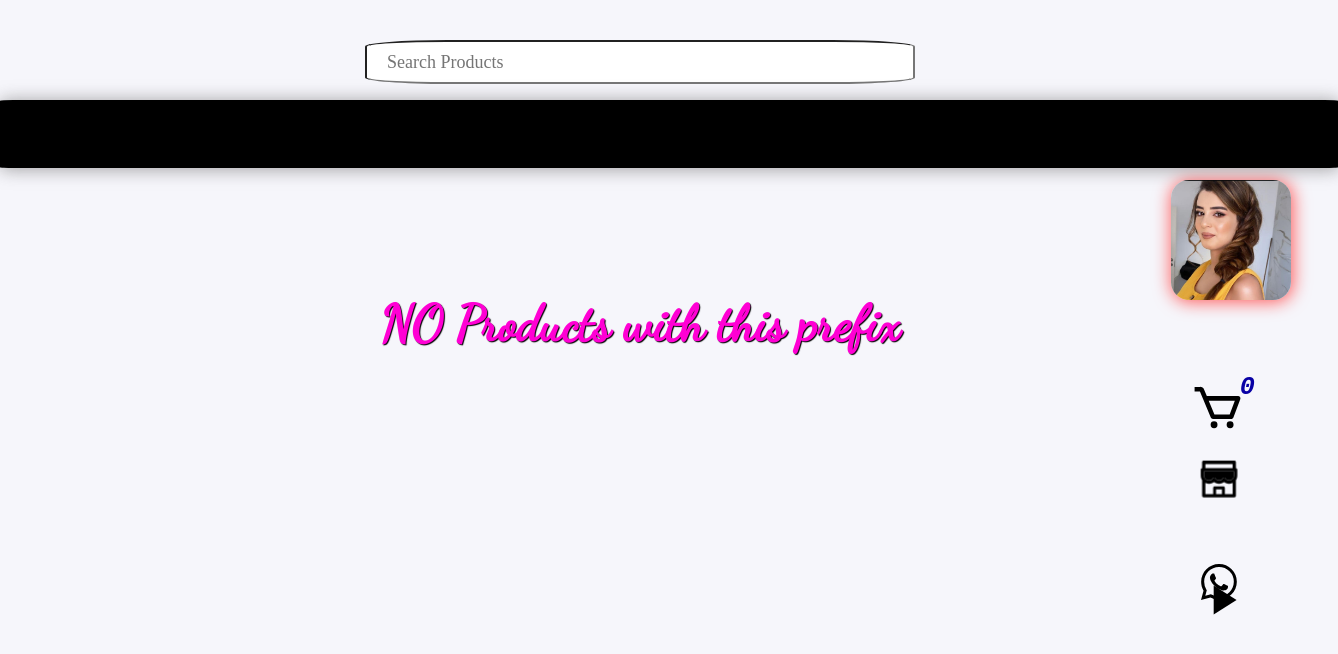
Repository: rehamAbass/BeautyCareShop
Page: /
These files come from the project's save history. The page is drawn as it stood at one moment and after the next save; the edit follows.
The browser window is 1280 px wide. The page is 1338 px wide, so the pictures cover 1338 px, including what lies to the right of the window. The pictures show the whole page.
The page's requests for data from a server got no answer. Some web fonts or font styles are not loaded; a fallback is used. The project was rebuilt for these pictures with package versions that can differ from the ones it lists, and the page was loaded fresh each time. No one was signed in, and anything a server would have sent is missing. Also part of the build but not shown: src/components/allProducts/prod/card.css, src/components/allProducts/prod/card.component.jsx, src/components/myCart/myCart.css, src/components/myCart/cartProduct/cartProduct.css, src/components/myCart/cartProduct/cartProduct.jsx, src/components/myCart/myCart.jsx. Imported but missing from the stored project, and not drawn on this page: src/components/header/music/ed.mp3.

Above is the page before, as saved 2022-06-08 13:25:55.

### public/index.html
<!DOCTYPE html>
<html lang="en">
  </style>
  <head>
    <meta charset="utf-8" />
    <link rel="icon" href="" />
    <meta name="viewport" content="width=device-width, initial-scale=1" />
    <meta name="theme-color" content="#000000" />
    <meta
      name="description"
      content="Web site created using create-react-app"
    />
    <link rel="apple-touch-icon" href="" />
    <link rel="manifest" href="%PUBLIC_URL%/manifest.json" />
    <link rel="preconnect" href="https://fonts.googleapis.com">
    <link rel="preconnect" href="https://fonts.gstatic.com" crossorigin>
    <link href="https://fonts.googleapis.com/css2?family=Bigelow+Rules&display=swap" rel="stylesheet">
    <link rel="preconnect" href="https://fonts.googleapis.com">
    <link rel="preconnect" href="https://fonts.gstatic.com" crossorigin>
    <link href="https://fonts.googleapis.com/css2?family=Bigelow+Rules&family=Dancing+Script&display=swap"
      rel="stylesheet">
    <title color:'purble'>BeautyShop💄</title>
  </head>
  <body>

    <div id="root"></div>
  </body>
</html>

<!--
  <video id="video1" loop="" muted="" src="https://prod-streaming-video-msn-com.akamaized.net/aa5cb260-7dae-44d3-acad-3c7053983ffe/1b790558-39a2-4d2a-bcd7-61f075e87fdd.mp4"></video>

 -->

### src/App.js

// import React from 'react'
import CardList from './components/allProducts/card-list.component';
import SearchBox from './components/search-box/search-box.component';
import './App.css'
import axios from "axios";
import React, { Component } from "react";
import Header from './components/header/header.component.jsx'
import { useState, useEffect } from 'react';
import Cart from './components/myCart/myCart.jsx'

const App = () => {
  const [products, setProducts] = useState([]);
  const [cartProducts, setCartProducts] = useState([]);
  const [filteredProducts, setFilteredProducts] = useState(products);
  const [searchString, setSearchString] = useState('');
  const [showCart, setShowCart] = useState(false);
    const [cartCounter, setCartCounter] = useState(0);
      const [Sum, setSum] = useState(0);
      const [imgs, setImgs] = useState([])

  //==========================================================================
  const   getDataFromDB= async ()=> {
    const response = await axios.get("http://localhost:8000/products/");
    setCartProducts(response);
  }
  //===========================================================
  const deleteProd = async (id) => {
    let response = await axios.delete(
      `http://localhost:8000/product/${id}`
    );
  }
  //=============================================================
  const saveProd = async (p) => {
    const response = await axios.post(
      "http://localhost:8000/product",p
    );
  }

   const  updateProd = async (p) => {
    const response = await axios.put(
      "http://localhost:8000/product",p
    );
  }
  //============================================================================
  useEffect(() => {
    fetch('http://makeup-api.herokuapp.com/api/v1/products.json?brand=maybelline')
      .then((res) => res.json())
      .then((users) => {
          users = users.map(user => (
         {id:user.id,
         name:user.name,
         brand:user.brand,
         price:user.price,
        image_link:user.image_link,
         product_link:user.product_link,
         description:user.description,
        rating:user.rating,
         product_type:user.product_type,
          product_api_url:user.product_api_url,
          product_colors:user.product_colors,
        amount:0
         }))


         getDataFromDB();
        setFilteredProducts(users);
        setProducts(users);
        setImgs(users.map((u)=>(u.image_link)));
      })
  }, []); // it runs only one time - no need to call it in each render because [] is empty !!
  //=========================================================================================
  useEffect(() => {
    let filteredgroup = products.filter((p) => p.name.toLowerCase().includes(searchString));
    setFilteredProducts(filteredgroup);
  }, [products, searchString])

  //========================================================================================
  const onSearchChanged = (event) => {
    let input = event.target.value.toLowerCase();
    setSearchString(input);
  }
  //=========================================================================================
  const addProduct=(product)=>{
        let updatePro = cartProducts.filter(p=> p.id === product.id);
     if(updatePro.length>0){
       // it means that YES the product exists before in Cart! just increase the amount of it:
       updatePro = updatePro[0];
       updatePro.amount +=1;
        let newarray = cartProducts.map(p=>( p.id === product.id ? updatePro:p )) ;
        setCartProducts(newarray);
     }else{
        let newProductToAdd = {...product, amount:1};
         setCartProducts([...cartProducts,newProductToAdd ]);
         saveProd(product);
         updateProd();
     }

      }
  //=================================================================================
  //    ,
  const deleteProduct = (product) => {
    let newArr = cartProducts.filter(p => p.id !== product.id);
    setCartProducts(newArr);
    deleteProd(product.id);
  }
 //===================================================================================
   const decreaseProduct=(product)=>{

     if(product.amount >1){
       let update = product;
       update.amount -=1;
        let newarray = cartProducts.map(p=>(p.id === product.id ? update:p )) ;
     setCartProducts(newarray);
     }else{ // amount was  === 1
        let newArr = cartProducts.filter(p=> p.id !== product.id);
         setCartProducts(newArr);
     }
      }
 //===================================================================================
useEffect(()=>{
  console.log("useEffect, cartProduct changes, so counter changes");
  let all =0;
  let summ=0;
  for(let p of cartProducts){
     all = all+p.amount;
    summ = summ+ (p.amount * p.price);
}
    setSum(summ);
    setCartCounter(all);
},[cartProducts]);

//====================================================================================
  useEffect(()=>{
    console.log("open Cart = ",showCart);
  },[showCart])
 //=========================================================================================
const HandleCart =(val)=>{
  setShowCart(val);
}
 const handleSumCount = ()=>{
  setSum(0);
  setCartProducts([]);
  setCartCounter(0);

 }
 //=========================================================================================
  return (
    <div className="App">
      <header className="App-header">
        <Header counter ={cartCounter}
        imgs={imgs}
        handleCart = {HandleCart}/>
        {showCart === false &&
          <div>
           <SearchBox
          className='search-box2'
          searchHandler={onSearchChanged}
          group={filteredProducts}
        />
            <CardList
              group={filteredProducts}
               addProduct={addProduct} />
        </div>

        }
          {(showCart === true) &&
            <Cart sum ={Sum} group={cartProducts}
           addProduct={addProduct}
            deleteProduct={deleteProduct}
            decreaseProduct={decreaseProduct}
              handleSumCount={handleSumCount}
            />
          }
      </header>
    </div>
  )
}

export default App;

### src/components/allProducts/card-list.component.jsx

import './card-list.css'
import Card from './prod/card.component'
import React from 'react'

const CardList = ({ group ,addProduct}) => {
    return (
        <div className='card-list'>
            {group.map((p,i) =>
                (
                    <Card
                    key={i}
                    product={p}
                     addProduct={addProduct}/>
                )
            )
            }
        </div >

    )
}

export default CardList;

### src/components/search-box/search-box.component.jsx

import React from 'react'
import './search-box.css'


const SearchBox = ({ className, placeholder, searchHandler, group }) => {

    return (
        <div className='search-box'>
            <input
                className={className}
                type='search'
                placeholder='Search Products'
                onChange={searchHandler}
                style={{
                     fontStyle:'unset', fontStretch: 'extra-expanded'
                , fontSize:'large', borderRadius:'15%'}}
            />
            {group.length === 0 ?
                <div className='alert2'> NO Products with this prefix </div> : ''}
        </div>
    )
}


export default SearchBox;

### src/App.css
body {
  margin: 0;
  padding: 0;
  font-family: -apple-system, BlinkMacSystemFont, 'Segoe UI', 'Roboto', 'Oxygen',
    'Ubuntu', 'Cantarell', 'Fira Sans', 'Droid Sans', 'Helvetica Neue',
    sans-serif;
    background-color:rgba(192, 190, 228, 0.135);
  -webkit-font-smoothing: antialiased;
  -moz-osx-font-smoothing: grayscale;
  text-align: center;
}



















/* -------------------------------------------------------------------------------------- */

/* .App {
  text-align: center;
}

.App-logo {
  height: 40vmin;
  pointer-events: none;
}

@media (prefers-reduced-motion: no-preference) {
  .App-logo {
    animation: App-logo-spin infinite 20s linear;
  }
}

.App-header {
  background-color: #2d5cba;
  min-height: 100vh;
  display: flex;
  flex-direction: column;
  align-items: center;
  justify-content: center;
  font-size: calc(10px + 2vmin);
  color: white;
}

.App-link {
  color: #61dafb;
}

@keyframes App-logo-spin {
  from {
    transform: rotate(0deg);
  }
  to {
    transform: rotate(360deg);
  }
}

*/

### src/components/header/header.component.jsx
import React from 'react'
import './header.css'
import Music from './music/music.component';
import fatme from './fatme.jpeg'
import CartIcon from './cartIcon/cartIcon.component';
import {BsWhatsapp} from 'react-icons/bs'
import {AiTwotoneShop} from 'react-icons/ai'

const Header = ({counter,imgs, handleCart}) => {
    return (
        <div className='headClass'>
        <div className='imgs'>
            {imgs.map((link, i) => (
               (i<10)&&
                <img
                key={i}
                src={link} alt='prod' />
            ))}
        </div>
            <img className='myImg' src={fatme} alt='me'
            />
               <CartIcon
            counter={counter}
             handleCart={handleCart}
            />
            <AiTwotoneShop
            className='goHome'
                onClick={() => {
                     handleCart(false)}}
            />
            <h4 className='title' >
                <marquee direction='left' loop='2' >Fatima Beauty Care Shop</marquee>
            </h4>


            <Music />


            <a  className='whatsApp'  aria-label="whats"
                target="_blank" rel="noopener"
                href="https://api.whatsapp.com/send?phone=972543656019&text=hello%20Fatima%20from%20your%20BeautyCareShop%20Website%20💄"
              >
              <BsWhatsapp/>
            </a>
        </div>
    )
}

export default Header;

### src/components/allProducts/card-list.css
.card-list {
     width: 1000px;
    margin-left: 9%;
    display: grid;
    grid-template-columns: 10fr 10fr;
    /* grid-gap: 1%; */
    margin-top: 5%;
    margin-bottom:15%;
}

### src/components/search-box/search-box.css
.search-box {
    padding: 10px;
}

.alert2 {
    margin-top: 150px;
    text-align: center;
    padding: 40px;
    color: rgb(255, 0, 212);
    font-size: 50px;
    font-stretch: extra-expanded;
    font-family: 'Dancing Script';
    font-weight: bolder;
    text-shadow: 1px 1px  1px rgb(0, 0, 0);
    transform: scale(1);
}

.search-box2 {
    width: 550px;
    height: 37px;
    margin-top: 9;
    padding: 20px;
    line-height: 30px;
    margin-bottom: 20px;
    color: rgb(0, 0, 0);
    font-weight: 400;
    font-family:serif;

}

### src/components/header/header.css
.title {
    width: 110%;
    position: relative;
    font-size: 46px;
    font-weight: bolder;
    font-family: 'Dancing Script';
 color:rgb(251, 251, 251);
    font-stretch: extra-expanded;
    /* text-shadow: 11px 1px 11px rgb(255, 0, 123); */
    background-color: rgb(0, 0, 0);
     box-shadow: 1px 1px 17px 1px rgba(135, 134, 135, 0.74);
     margin-top: 40px;
     border-radius:1%;
}
.imgs{
    width: 110%;
    position: relative;
    height:60px;
     margin-top: 0px;
}
.goHome{
    color:rgb(0, 0, 0);
     position:fixed;
    margin-left: 47%;
    margin-top:32%;
     transform: scale(2.6);
}
.goHome:hover{
    color:rgb(8, 0, 165);
    transform:scale(3);
}
.whatsApp{
    color:rgb(0, 0, 0);
     position:fixed;
    margin-left: 47%;
    margin-top:27%;
     transform: scale(2);
}
.whatsApp:hover{
  color:rgb(8, 0, 165);

   }
.myImg{
    position:fixed;
    margin-left: 44%;
    margin-top:120px;
    width: 120px;
  height: 120px;
    box-shadow: 1px 1px 17px 1px rgb(255, 88, 88);
    border-radius:15%;
}

.headClass {
    border-radius: 12%;
    width: 95%;
    height: 30px;
    font-size: large;
    /* font-weight: 700; */
    font-style: italic;

}

### src/components/header/music/music.component.jsx
import './music.css'
import { useState, useEffect } from 'react'
import { MdPlayArrow, MdPause } from 'react-icons/md'
import  React  from 'react'
import ed from "./ed.mp3";

const aud = new Audio(ed);

const Music = () => {
    const [flagPlaying, setIsActive] = useState(false);
    const handleClick = (value) => {
        setIsActive(value);
        if (value === true) {
            aud.loop = true;
            aud.play();
        } else {
            aud.pause();
            aud.loop = false;
        }
    }

    return (<div className='myAudio'>
        {(flagPlaying === false) &&
            <MdPlayArrow
                className='btnAudio'
                onClick={() => {
                    if (flagPlaying === false) {
                        handleClick(true);
                    }
                }}
            />
        }
        {(flagPlaying === true) &&
            <MdPause
                className='btnAudio'
                style={{color:'black'}}
                onClick={() => {
                    if (flagPlaying === true) {
                        handleClick(false);
                    }
                }}
            />
        }
    </div>
    )
}


export default Music;

### src/components/header/cartIcon/cartIcon.component.jsx
import React from 'react'
import './cart.css'
import { BiCart } from "react-icons/bi";


const CartIcon = ({ counter,handleCart}) => {

    return (
        <div className='cart-container'>
            <span className='counter'>{counter}</span>
            <BiCart
                    className='cartIcon'
                    onClick={() => {
                      handleCart(true);
                     }}
                />
        </div>
    )
}
export default CartIcon;

### src/components/header/music/music.css
.myAudio {}

.btnAudio {
    width:  50px;
    height: 50px;
    position:fixed;
    margin-left: 46%;
    margin-top: 27%;
    color:rgb(0, 0, 0);
    border-radius: 90%;
}

.btnAudio:hover {
   color : rgb(8, 0, 165);
    transform: scale(1.125);
    box-shadow: 1px 1px 10px 2px  rgb(0, 102, 255);
}

### src/components/header/cartIcon/cart.css
.cartIcon{
     position:fixed;
    width:55px;
    height:55px;
    color:rgb(0, 0, 0);
    margin-top:1%;
    /* transform: translateZ(-1);
    transition: transform 0.25s ease-out; */
}
.cartIcon:hover{
    transform:scale(1.12);
    color:rgb(8, 0, 165);
}
.cart-container{
    position:fixed;
    margin-left: 93%;
    margin-top: 24%;
}
.cart-container:hover{
    color:rgb(0, 0, 0);
 /* transform: scale(1); */
 cursor: pointer;
}
.counter{
    font-size:large;
    font-family:'Courier New', Courier, monospace;

    color:rgb(8, 0, 165);
    font-weight:bolder;
    text-align: right;
      transform: scale(1.4);
    text-shadow: 2px 2px 12px 12px rgb(0, 0, 0);
    position: fixed;
    margin-left: 4%;
    margin-top:0.8%;
}

Loaded but not shown: src/index.js (common file); src/index.css (common file)

After the next save:
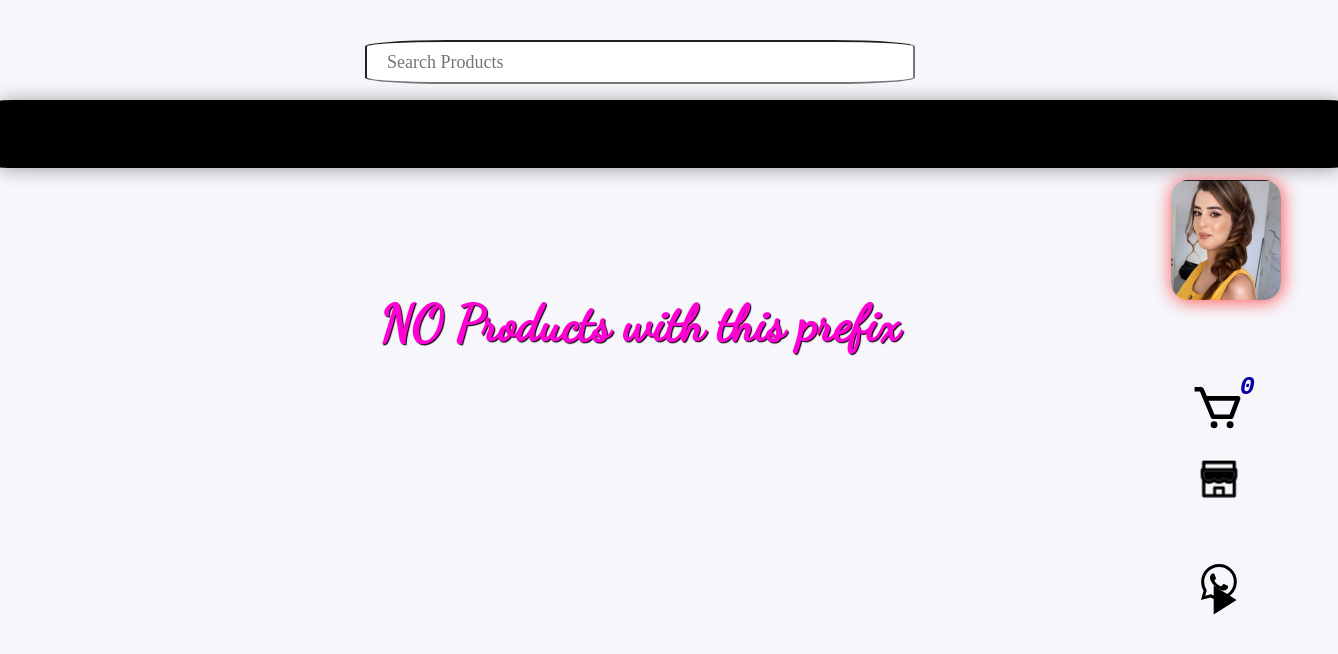
Saved 6 s later.
--- a/src/components/header/header.css
+++ b/src/components/header/header.css
@@ -44,7 +44,7 @@
     position:fixed;
     margin-left: 44%;
     margin-top:120px;
-    width: 120px;
+    width: 110px;
   height: 120px;
     box-shadow: 1px 1px 17px 1px rgb(255, 88, 88);
     border-radius:15%;
